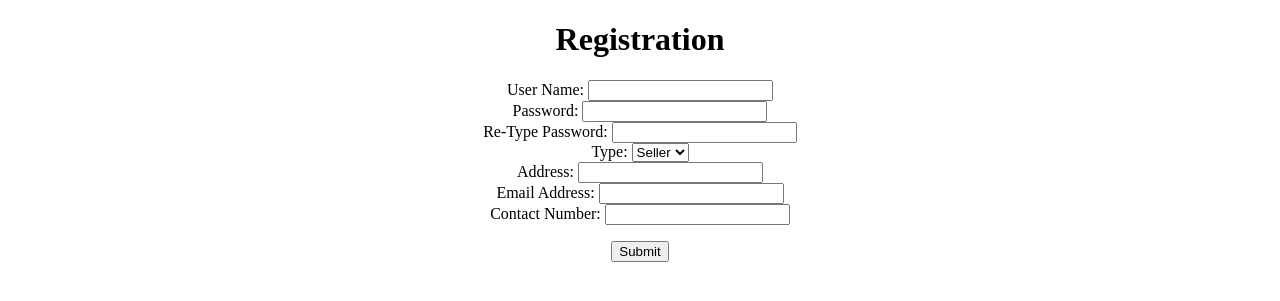
Repository: HariharanMiracle/CodeComplexity
Page: http://localhost/Paf_assignment/Register.jsp
The author's editor kept a copy of each file at every save. The page is drawn from the files as they stood at one save, then again after the next save.
The browser window is 1280 px wide. The pictures show the whole page.
The page is served by Tomcat 9. Other server files are loaded and not shown.

Above is the page before, as saved 2019-04-29 19:52:45.

### Paf_assignment/WebContent/Register.jsp
<%@ page language="java" contentType="text/html; charset=ISO-8859-1"
    pageEncoding="ISO-8859-1"%>
<!DOCTYPE html>
<html>
<head>
<meta charset="ISO-8859-1">
<title>Insert title here</title>
</head>
<body>


				<!-- Main Content -->
				<form style = "text-align: center" action="paf/member/Register" method="POST" onsubmit="return validate()">
					<h1>Registration</h1>
					<label>User Name:</label> <input type="text" name="username" id = "username" required/><br/>
					<label>Password:</label> <input type="password" name="password" id = "pw" required/><br/>
					<label>Re-Type Password:</label> <input type="password" name="rpassword" id = "cpw" required/><br/>
					<label>Type:</label>
					<select name = "type">
					  <option value="Seller">Seller</option>
					  <option value="Buyer">Buyer</option>
					</select><br/>
					<label>Address:</label> <input type="text" name="address" id="address" required/><br/>
					<label>Email Address:</label> <input type="email" name="mailAddress" required/><br/>
					<label>Contact Number:</label> <input type="text" name="contactNumber"  id="contactNumber" required/><br/>
					<p id = "gg"></p>
					<input type="submit" value="Submit"/>
					<p id="myText"></p>


				</form>

<script type="text/javascript">
			function validate(){
				var pw =  document.getElementById("pw").value;
				var cpw =  document.getElementById("cpw").value;
				var username =  document.getElementById("username").value;
				var contactNumber =  document.getElementById("contactNumber").value;
				var address =  document.getElementById("address").value;
				var letters = /^[A-Za-z]+$/;
				var numeric = /^[0-9]+$/;
				var alphaNumeric = /^[0-9a-zA-Z]+$/;
				if(pw == cpw){
					return true;
				}
				else{
					alert("ddfd");
					document.getElementById("myText").value = "Johnny Bravo";
					return false;
				}
			}



</script>
</body>
</html>

After the next save:
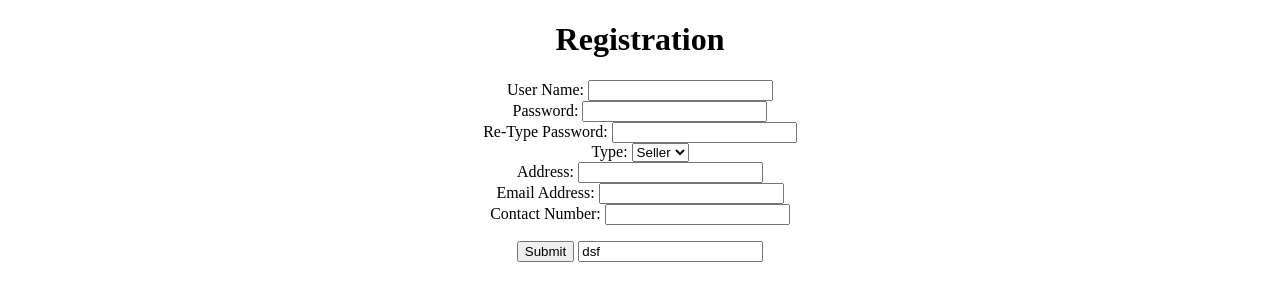
Saved 40 s later.
--- a/Paf_assignment/WebContent/Register.jsp
+++ b/Paf_assignment/WebContent/Register.jsp
@@ -25,7 +25,7 @@
 					<label>Contact Number:</label> <input type="text" name="contactNumber"  id="contactNumber" required/><br/>
 					<p id = "gg"></p>
 					<input type="submit" value="Submit"/>
-					<p id="myText"></p>
+					<input type = "nzc" value = "dsf" id="myText"></p>
 
 
 				</form>

After the save that followed:
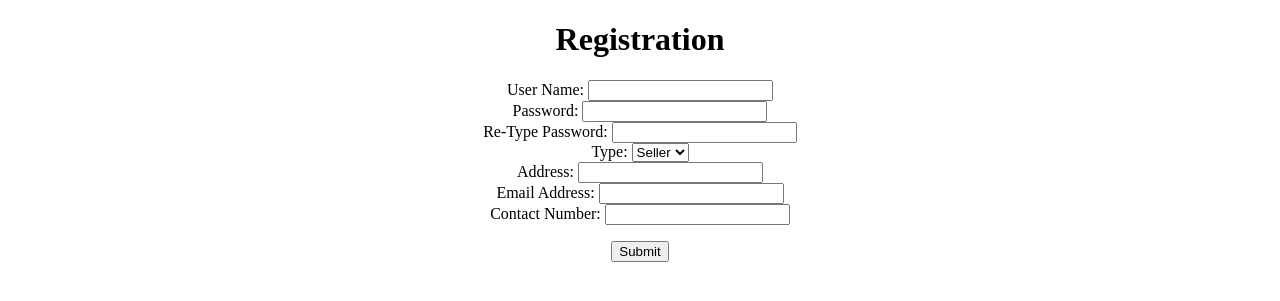
Saved 86 s later.
--- a/Paf_assignment/WebContent/Register.jsp
+++ b/Paf_assignment/WebContent/Register.jsp
@@ -25,7 +25,7 @@
 					<label>Contact Number:</label> <input type="text" name="contactNumber"  id="contactNumber" required/><br/>
 					<p id = "gg"></p>
 					<input type="submit" value="Submit"/>
-					<input type = "nzc" value = "dsf" id="myText"></p>
+					<p id="myText"></p>
 
 
 				</form>
@@ -45,7 +45,7 @@
 				}
 				else{
 					alert("ddfd");
-					document.getElementById("myText").value = "Johnny Bravo";
+					document.getElementById("myText").innerHTML = "Johnny Bravo";
 					return false;
 				}
 			}
